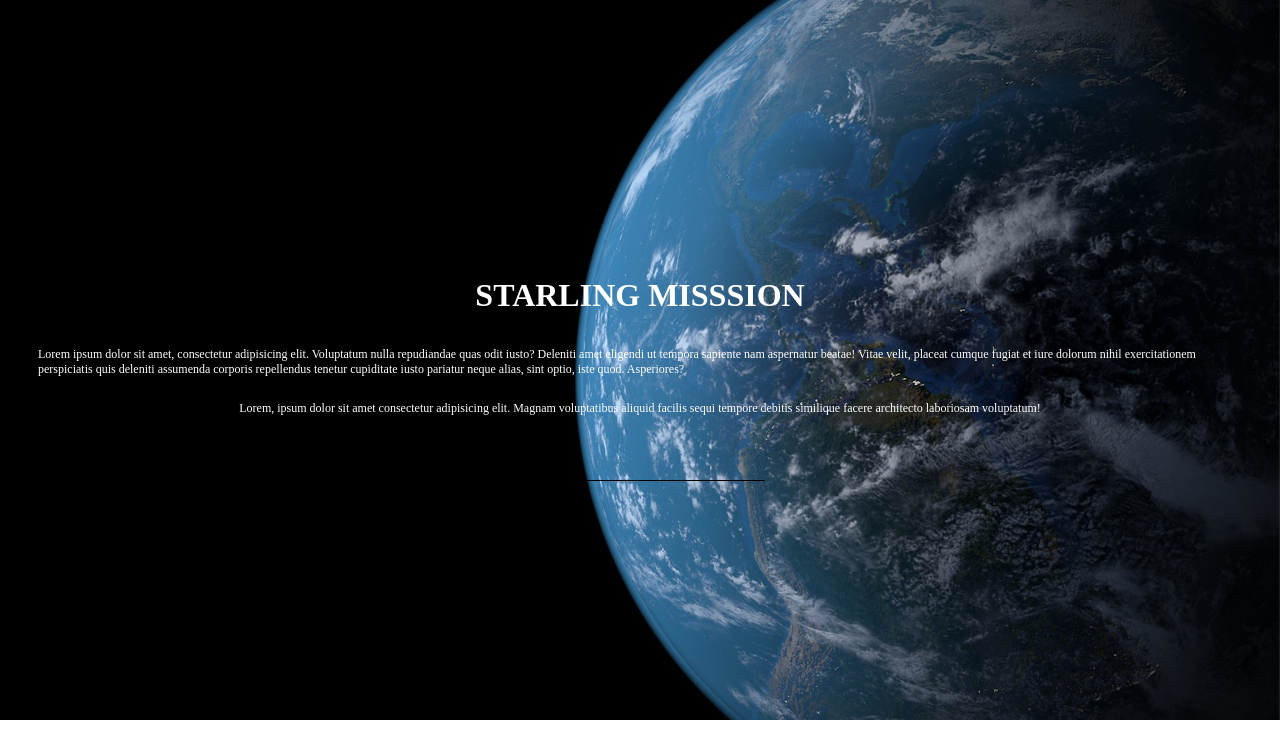
Repository: PJasiczek/vue-shop
Page: /
An editor plug-in stored every save of this project. The page is shown before and after the next save, followed by the edit.
The browser window is 1280 px wide. The pictures show the whole page.
Some web fonts or font styles are not loaded; a fallback is used. The project was rebuilt for these pictures with package versions that can differ from the ones it lists, and the page was loaded fresh each time.

Above is the page before, as saved 2020-04-06 16:26:04.

### src/App.vue
<template>
  <div class="wrapper">
    <BackgroundImage/>
    <Claim/>
    <SearchInput/>
  </div>
</template>

<script>

import debounce from 'lodash/debounce';

import Claim from '@/components/Claim.vue';

import SearchInput from '@/components/SearchInput.vue';

import BackgroundImage from '@/components/BackgroundImage.vue';

const axios = require('axios');

const API = 'https://api.spacexdata.com/v3/launches?rocket_name=';

export default {
  name: 'Search',
  components: {
    Claim, SearchInput, BackgroundImage,
  },
  data() {
    return {
      searchValue: '',
      results: [],
    };
  },
  methods: {
    // eslint-disable-next-line
    handleInput: debounce(function() {
      axios.get(`${API}${this.searchValue}`)
        .then((response) => {
          this.results = response.data;
          console.log(response.data);
        }).catch((error) => {
          console.log(error);
        });
    }, 500),
  },
};
</script>

<style lang="scss" scoped>
@import url('https://fonts.googleapis.com/css2?family=Baloo+Thambi+2:wght@400;500;600;700;800&display=swap');

  *{
    box-sizing: border-box;
  }

  body{
    margin: 0;
    padding: 0;
    font-family: 'Baloo Thambi 2', sans-serif;
  }
  .wrapper{
    display: flex;
    width: 100%;
    min-height: 100vh;
    flex-direction: column;
    justify-content: center;
    align-items: center;
    margin: 0;
    padding: 30px;
  }

</style>

### src/components/Claim.vue
<template>
  <div class="claimWrapper">
      <h1 class="claim">STARLING MISSSION</h1>
      <p class="subclaim">Lorem ipsum dolor sit amet, consectetur adipisicing elit. Voluptatum nulla repudiandae quas odit iusto? Deleniti amet eligendi ut tempora sapiente nam aspernatur beatae! Vitae velit, placeat cumque fugiat et iure dolorum nihil exercitationem perspiciatis quis deleniti assumenda corporis repellendus tenetur cupiditate iusto pariatur neque alias, sint optio, iste quod. Asperiores?</p>
      <p class="subclaim">Lorem, ipsum dolor sit amet consectetur adipisicing elit. Magnam voluptatibus aliquid facilis sequi tempore debitis similique facere architecto laboriosam voluptatum!</p>
  </div>
</template>

<script>
/* eslint-disable eol-last */
export default {
  name: 'Claim',
};
</script>
<style lang="scss" scoped>
.claimWrapper{
    display: flex;
    flex-direction: column;
    justify-content: center;
    align-items: center;
    color: #ffffff;

    .h1{

    }

    .subclaim{
        font-size: 12px;
    }
}

</style>

### src/components/SearchInput.vue
<template>
    <div class="searchWrapper">
      <input id="search" name="search" v-model="searchValue" @input="handleInput"/>
    </div>
</template>

<script>
/* eslint-disable eol-last */
export default {
  name: 'SearchInput',
};
</script>

<style lang="scss" scoped>
.searchWrapper{
  display: flex;
  flex-direction: column;
  width: 250px;

  input{
    height: 50px;
    border: 0;
    border-bottom: 1px solid black;
    background: none;
  }
}
</style>

### src/components/BackgroundImage.vue
<template>
  <div class="backgroudImage"/>
</template>

<script>
/* eslint-disable eol-last */
export default {
  name: 'BackgroudImage',
};
</script>
<style lang="scss" scoped>
.backgroudImage{
    position: fixed;
    top: 0;
    z-index: -1;
    width: 100%;
    height: 100vh;
    background: url('../assets/4.jpg');
    background-repeat: no-repeat;
    background-size: cover;
}

</style>

Loaded but not shown: public/index.html (common file); src/main.js (common file)

After the next save:
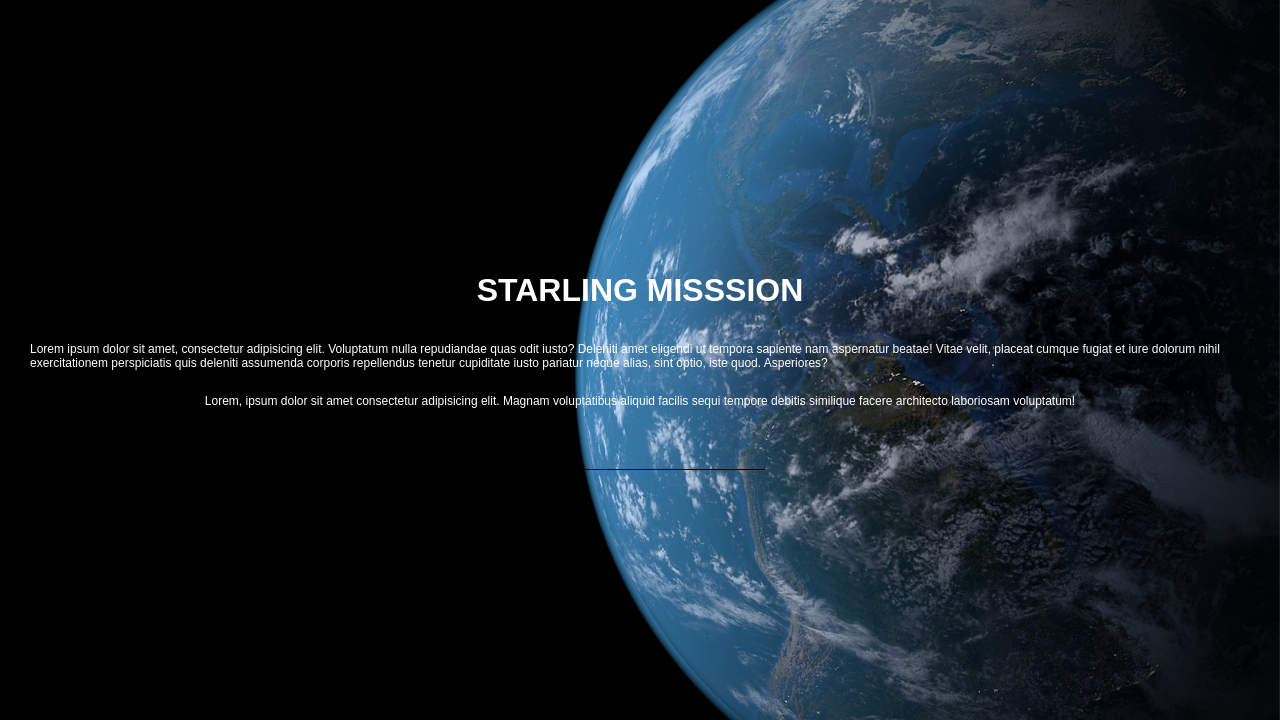
Saved 23 s later.
--- a/src/App.vue
+++ b/src/App.vue
@@ -46,7 +46,7 @@
 };
 </script>
 
-<style lang="scss" scoped>
+<style lang="scss">
 @import url('https://fonts.googleapis.com/css2?family=Baloo+Thambi+2:wght@400;500;600;700;800&display=swap');
 
   *{
